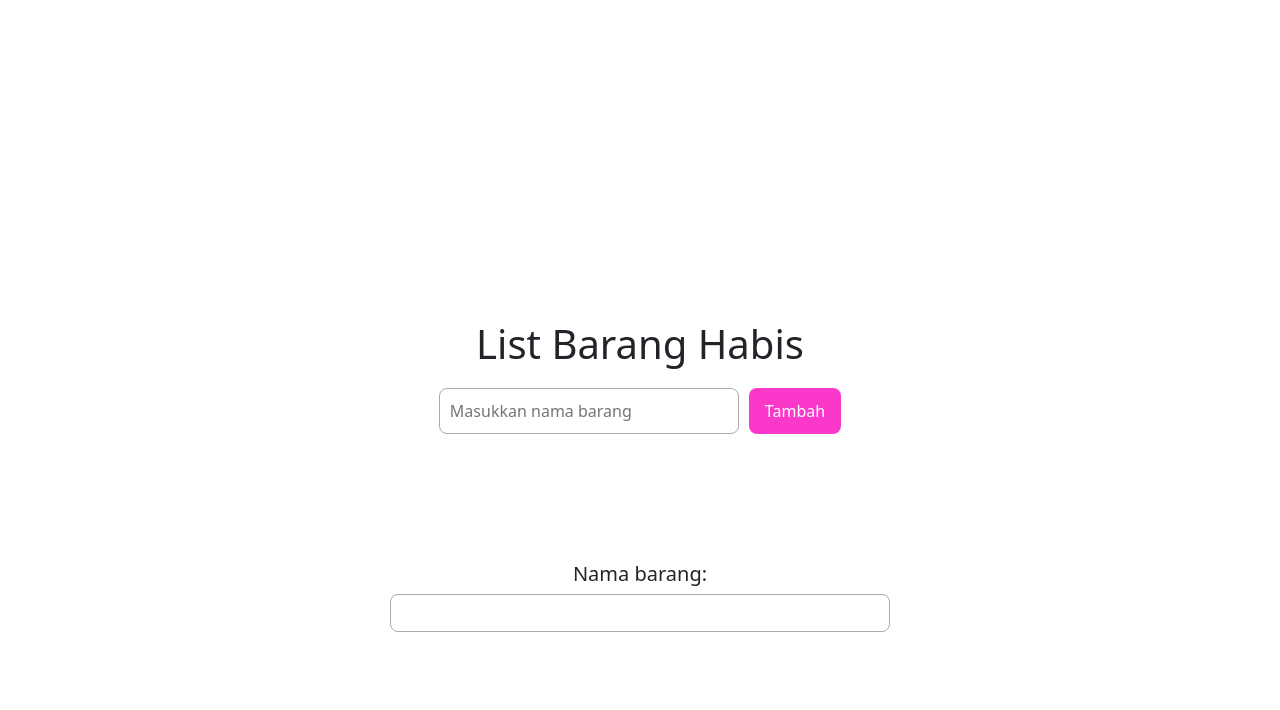
Repository: amorysdeo/dirumah
Page: index.html
An editor plug-in stored every save of this project. The page is shown before and after a run of saves, followed by the edit.
The browser window is 1280 px wide. The pictures show the whole page.

Above is the page before, as saved 2025-11-27 12:06:31.

After the next 2 saves:
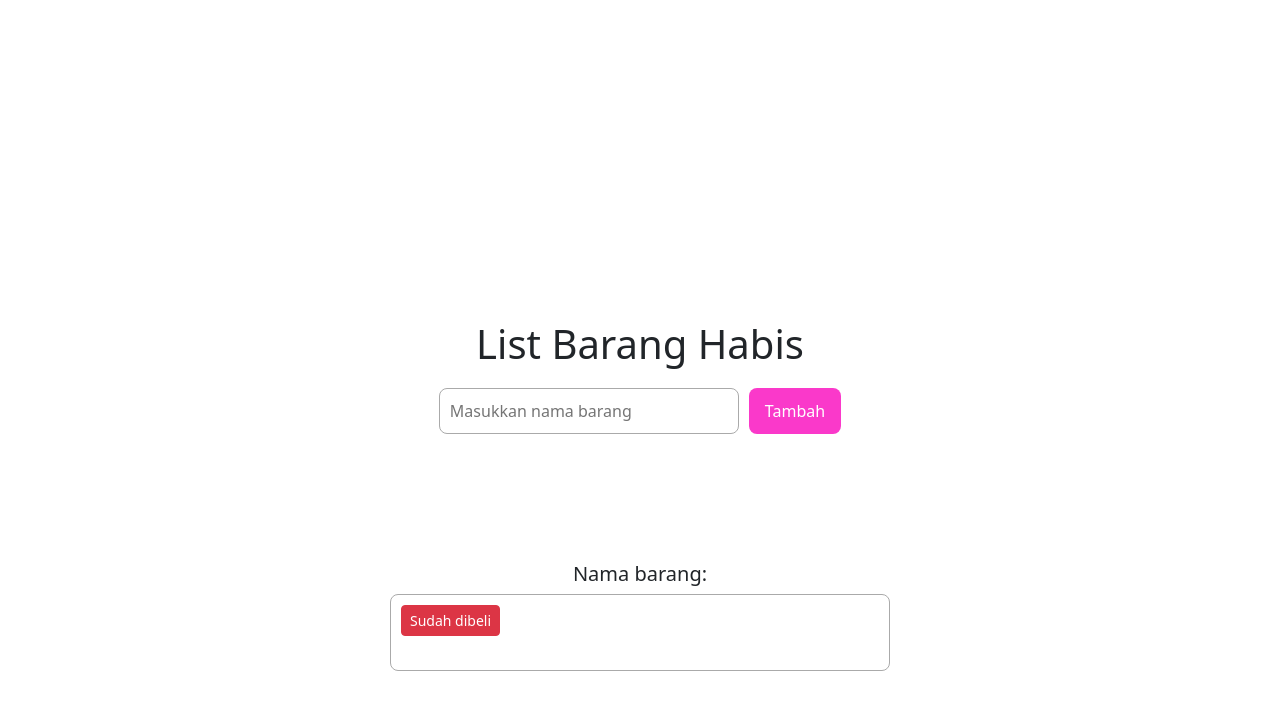
The 2 saves are shown as one change because they came seconds apart.
The last was saved 52 s later.
--- a/index.html
+++ b/index.html
@@ -21,8 +21,10 @@
 
     <h5 class="text-center">Nama barang:</h5>
     <div id="list-box">
-        <ul></ul>
+        <button id="clear-all" class="btn btn-danger btn-sm mb-2">Sudah dibeli</button>
+        <ul id="list"></ul>
     </div>
+
 
     <script src="https://cdn.jsdelivr.net/npm/@popperjs/core@2.11.8/dist/umd/popper.min.js"></script>
     <script src="https://cdn.jsdelivr.net/npm/bootstrap@5.3.3/dist/js/bootstrap.min.js"></script>
